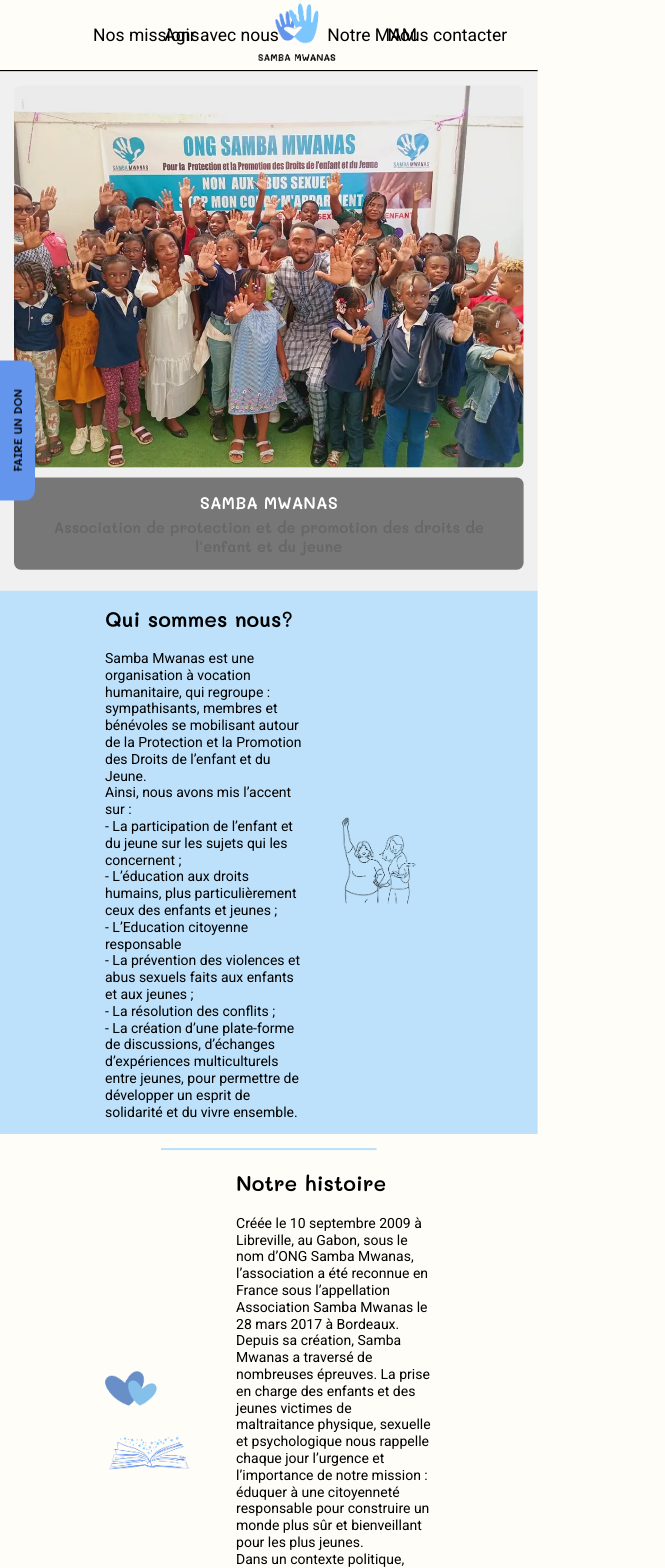
Repository: Danie-lDasilva/Samba-Mwanas
Page: index.html
These files come from the project's save history. The page is drawn as it stood at one moment and after the next save; the edit follows.
The browser window is 768 px wide. The page is 950 px wide, so the pictures cover 950 px, including what lies to the right of the window. The pictures show the part of the page from y = 0 to 2240 px (the page is 4517 px tall before and 4475 px after), at 70% of full size.

Above is the page before, as saved 2025-03-06 19:35:42.

After the next save:
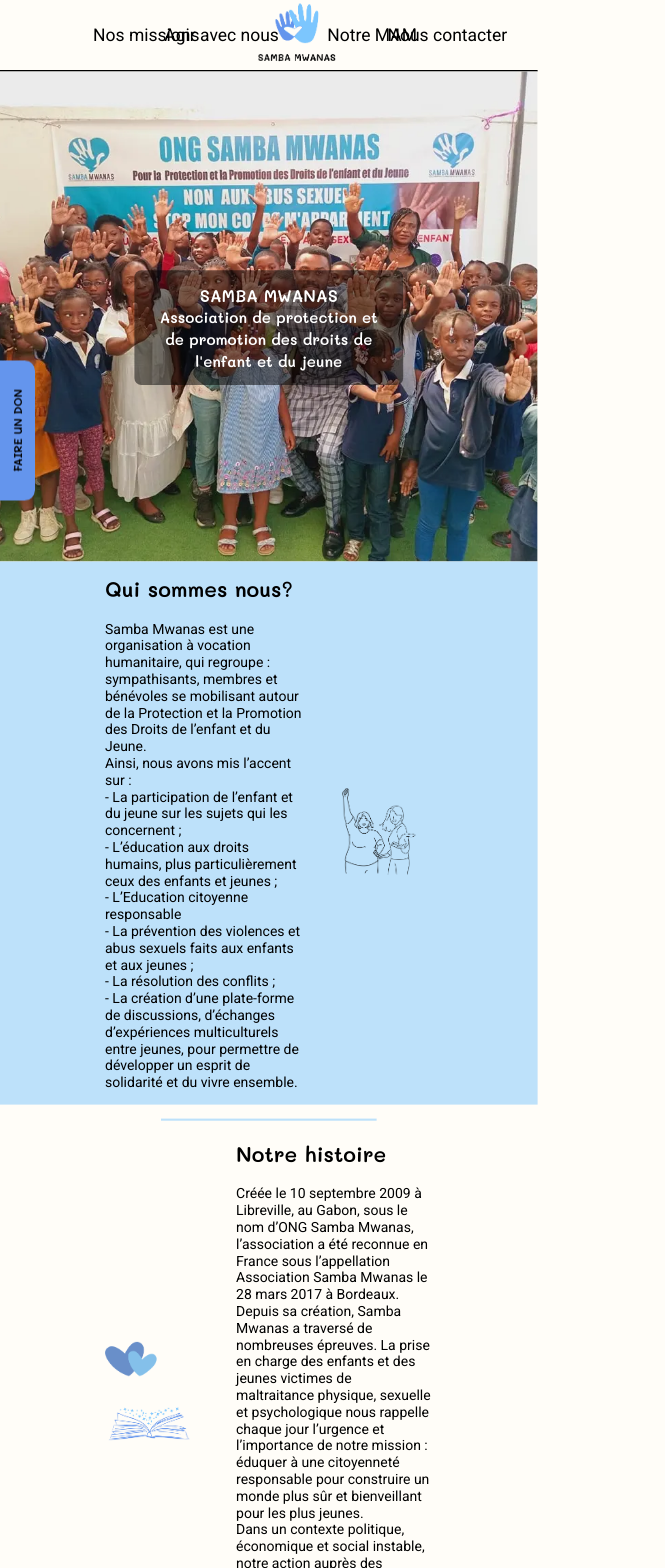
Saved 86 s later.
--- a/assets/css/style.css
+++ b/assets/css/style.css
@@ -116,50 +116,27 @@
 }
 /*Landing page*/
 
-/*Landing page*/
-
 .Landing {
-    text-align: center;
-    padding: 20px;
-    background-color: #f0f0f0; /* Ajout d'un fond pour une meilleure visibilité */
-}
-
-.Landing picture {
-    display: block;
-    margin: 0 auto;
-}
-
+    position: relative;
+    height: calc(100vh - 100px); /* Hauteur de l'écran moins la hauteur du header */
+    overflow: hidden;
+}
+
+.Landing picture,
 .Landing img {
-    max-width: 100%;
-    height: auto;
-    border-radius: 10px; /* Ajout d'un léger arrondi pour un meilleur rendu */
-}
-
-.Samba {
-    font-size: 2em;
-    margin: 10px 0;
-    color: #333; /* Couleur du texte */
-}
-
-.Samba span {
-    display: block;
-    font-size: 1em;
-    margin-top: 5px;
-    color: #666; /* Couleur du texte secondaire */
-}
-
-@media (max-width: 768px) {
-    .Samba {
-        font-size: 1.5em;
-    }
-
-    .Samba span {
-        font-size: 0.9em;
-    }
+    position: absolute;
+    top: 0;
+    left: 0;
+    width: 100%;
+    height: 100%;
+    object-fit: cover; /* Pour que l'image couvre toute la section */
 }
 
 .Landing h1 {
-    position: relative;
+    position: absolute;
+    top: 50%;
+    left: 50%;
+    transform: translate(-50%, -50%);
     color: white;
     text-align: center;
     z-index: 1;
@@ -185,7 +162,6 @@
         font-size: 0.9em; /* Ajustement de la taille de la police pour les petits écrans */
     }
 }
-
 /*Infos*/
 .Infos p {
     margin-bottom: 0;
